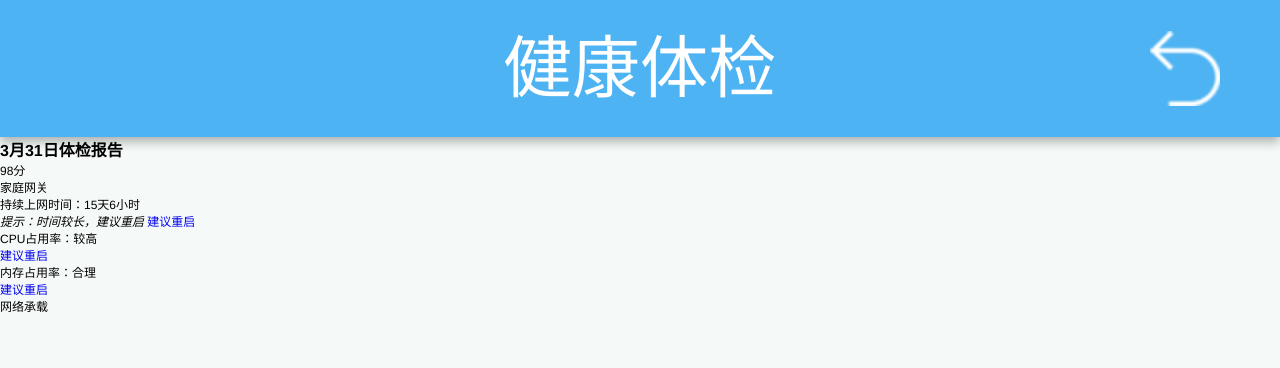
Repository: wangbiaozy/8.24
Page: index_health.html
These files come from the project's save history. The page is drawn as it stood at one moment and after the next save; the edit follows.
The browser window is 1280 px wide. The pictures show the whole page.

Above is the page before, as saved 2018-08-23 20:25:02.

After the next save:
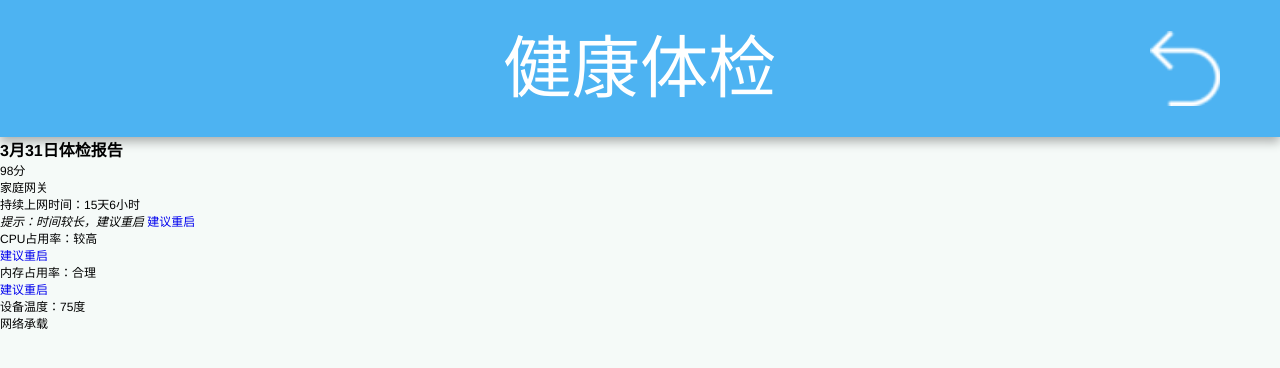
Saved 22 s later.
--- a/index_health.html
+++ b/index_health.html
@@ -41,6 +41,9 @@
                 <p>内存占用率：<span>合理</span></p>
                 <a href="javascript:void(0)">建议重启</a>
             </li>
+            <li>
+                <p>设备温度：<span>75度</span></p>
+            </li>
         </ul>
         <div class="title">
             <span></span>
